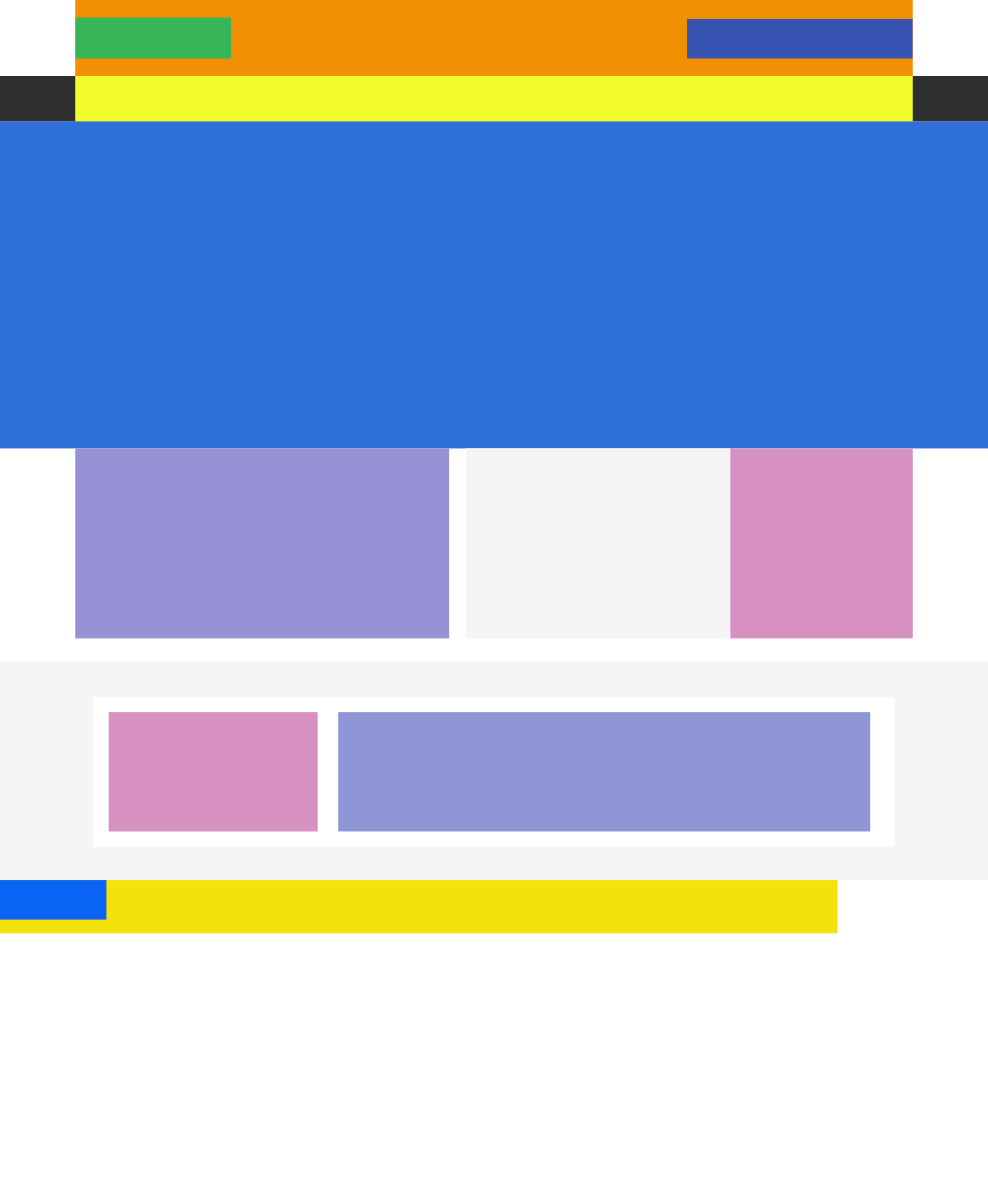
Repository: A1LExX/H5_study_set
Page: day04/扣丁.html
These files come from the project's save history. The page is drawn as it stood at one moment and after the next save; the edit follows.
The browser window is 1280 px wide. The page is 1300 px wide, so the pictures cover 1300 px, including what lies to the right of the window. The pictures show the whole page, at 76% of full size.

Above is the page before, as saved 2021-06-24 20:57:15.

After the next save:
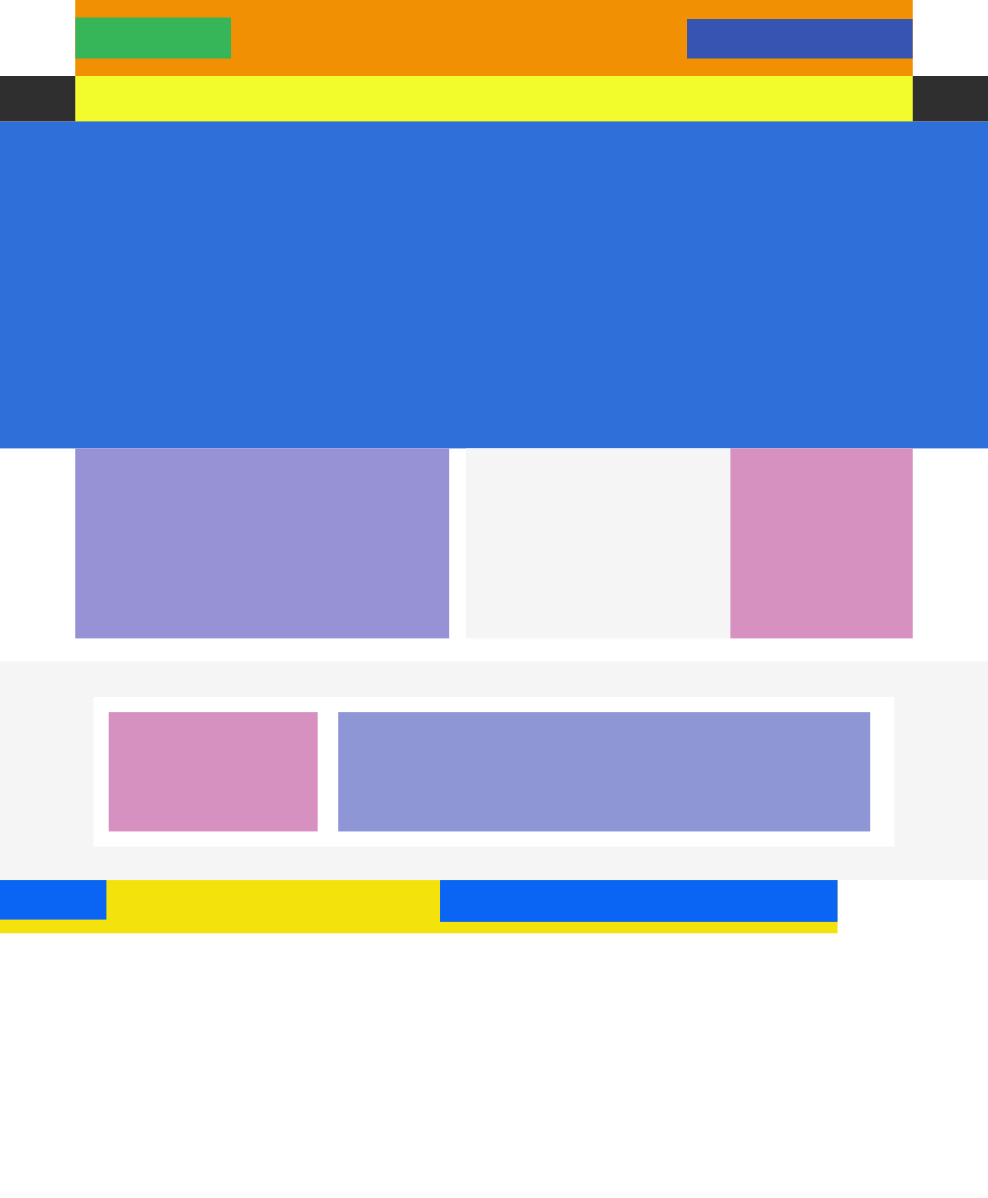
Saved 35 s later.
--- a/day04/css/codingke.css
+++ b/day04/css/codingke.css
@@ -2,7 +2,7 @@
  * @author [Alex Wei]
  * @email [w2262196@outlook.com]
  * @create date 2021-06-24 13:00:50
- * @modify date 2021-06-24 20:57:15
+ * @modify date 2021-06-24 20:57:50
  * @desc [description]
  */
 *{
@@ -138,6 +138,7 @@
     width: 523px;
     height: 55px;
     float: right;
+    background: #0b65f4;
 }
 .out4_2Box1{
     width: 262px;
